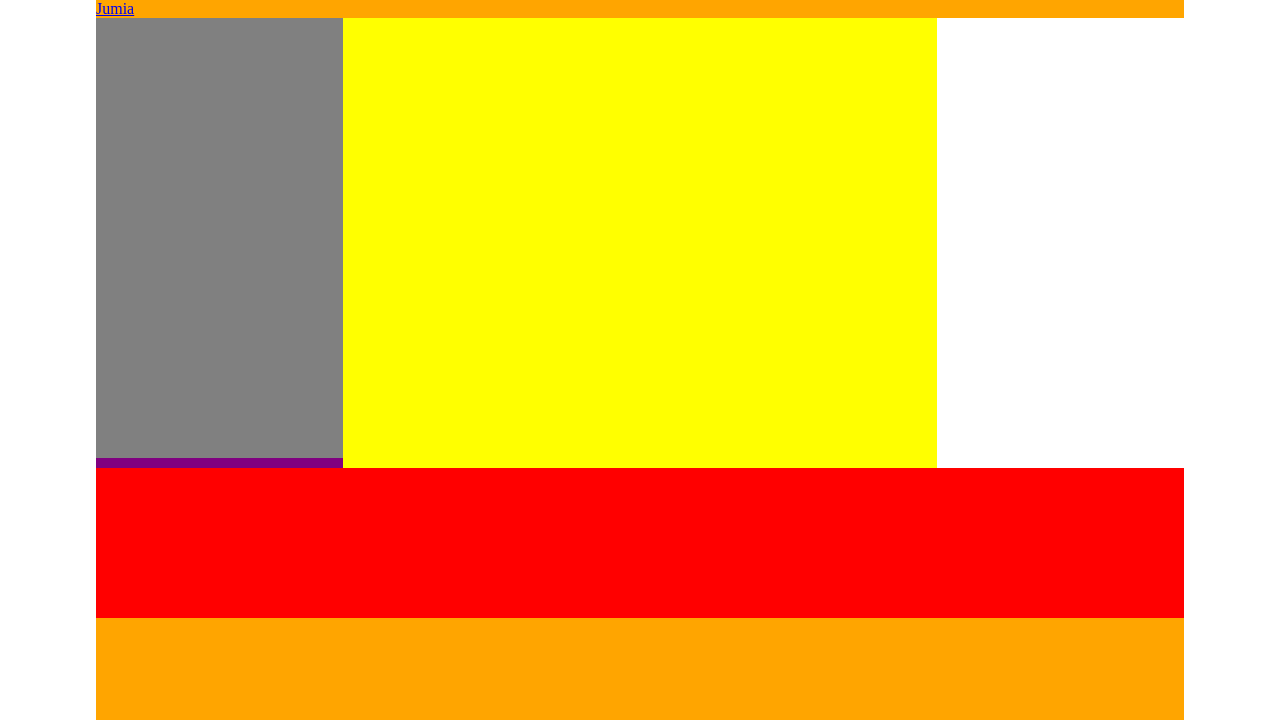
Repository: latenightsnacc/HTML-LESSONS
Page: WEB-DESIGN-3/Lessons/flex_layout.html
These files come from the project's save history. The page is drawn as it stood at one moment and after the next save; the edit follows.
The browser window is 1280 px wide. The pictures show the whole page.

Above is the page before, as saved 2022-02-04 14:20:45.

### WEB-DESIGN-3/Lessons/flex_layout.html
<!DOCTYPE html>
<html lang="en">
<head>
    <meta charset="UTF-8">
    <meta http-equiv="X-UA-Compatible" content="IE=edge">
    <meta name="viewport" content="width=device-width, initial-scale=1.0">
    <link rel="stylesheet" href="flex_layout.css" />
    <title>Flex Layout</title>
</head>
<body>
    <main class="wrapper">
        <!--Navigation Bar-->
        <header class="container">
            <nav>
                <!--Logo-->
                <a href="flex_layout.html">Jumia</a>
                <div>
                    <!---->
                </div>
            </nav>
        </header>
        <section class="container">
            <div class="row">
                <div class="sideMenu"></div>
                <div class="banner"></div>
                <div class="ads">
                    <div class="ad"></div>
                    <div class="ad"></div>
                </div>
            </div>
        </section>
    </main>

</body>
</html>

### WEB-DESIGN-3/Lessons/flex_layout.css
* {
    margin: 0;
    padding: 0;
    box-sizing: border-box;
}

.wrapper {
    width: 85%;
    background-color: orange;
    min-height: 100vh;
    margin: auto;
}
.row {
    background: red;
    width: 100%;
    height: 600px;
    display: flex;
    flex-direction: row-reverse;
}
.sideMenu {
    background-color: white;
    width: 250px;
    height: 450px;
}

.banner {
    width: 600px;
    height: 450px;
    background-color: yellow;
}
.ads {
    background-color: purple;
    height: 450px;
    width: 250px;
}
.ad {
    width: 100%;
    height: 220px;
    background: gray;
}

After the next save:
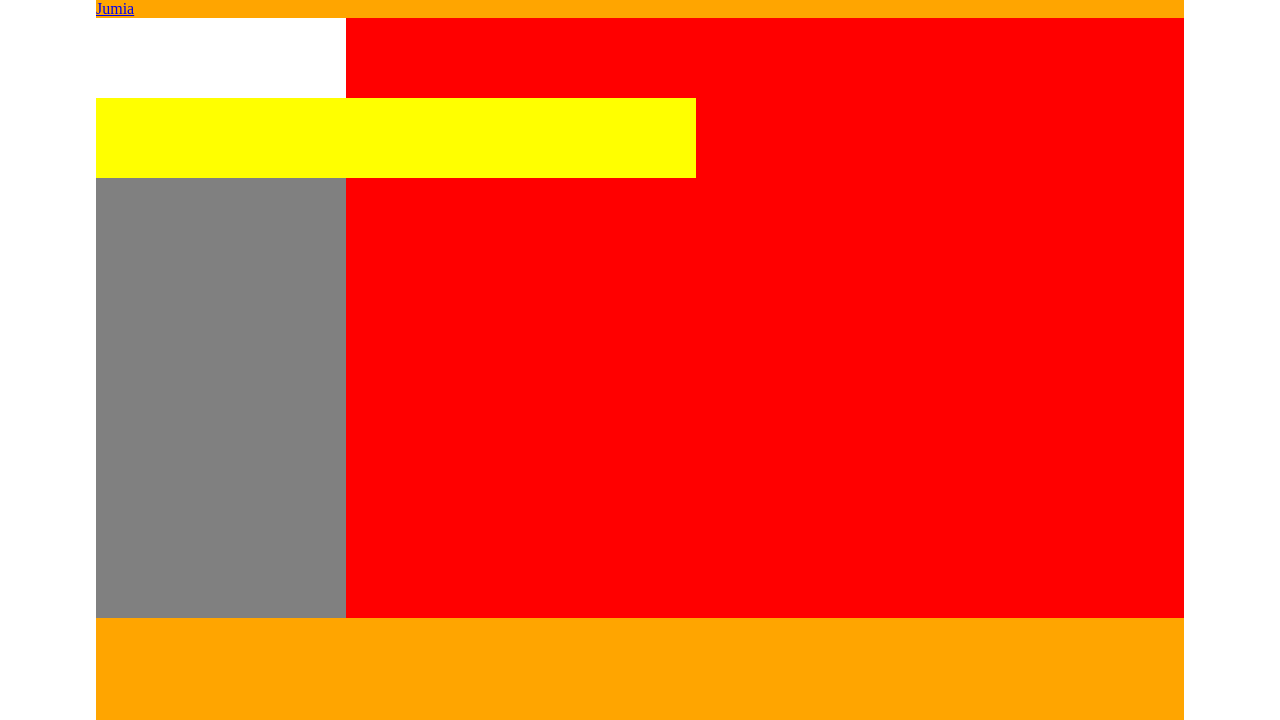
Saved 8 s later.
--- a/WEB-DESIGN-3/Lessons/flex_layout.css
+++ b/WEB-DESIGN-3/Lessons/flex_layout.css
@@ -15,7 +15,7 @@
     width: 100%;
     height: 600px;
     display: flex;
-    flex-direction: row-reverse;
+    flex-direction: column;
 }
 .sideMenu {
     background-color: white;
